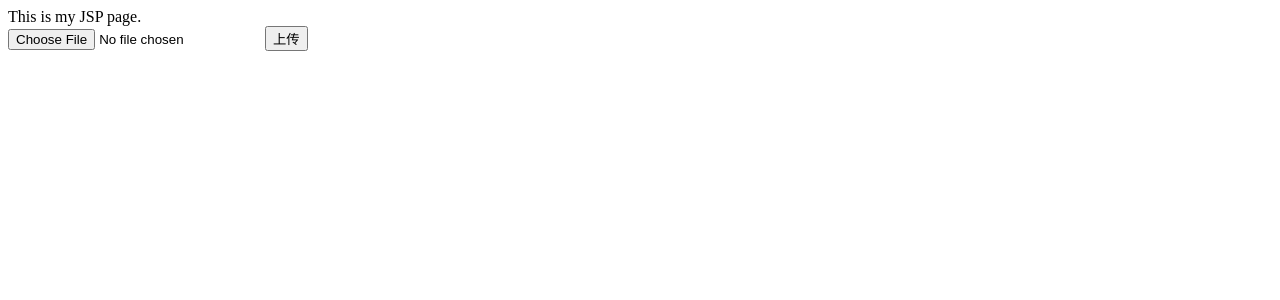
Repository: ruanhuabin/IntelliEyeShade
Page: http://localhost/IntelliEyeShade/detects/upload.jsp
These files come from the project's save history. The page is drawn as it stood at one moment and after the next save; the edit follows.
The browser window is 1280 px wide. The pictures show the whole page.
The page is served by Tomcat 9. Nobody is signed in. The application's start-up code is not run.

Above is the page before, as saved 2016-12-16 04:25:33.

After the next save:
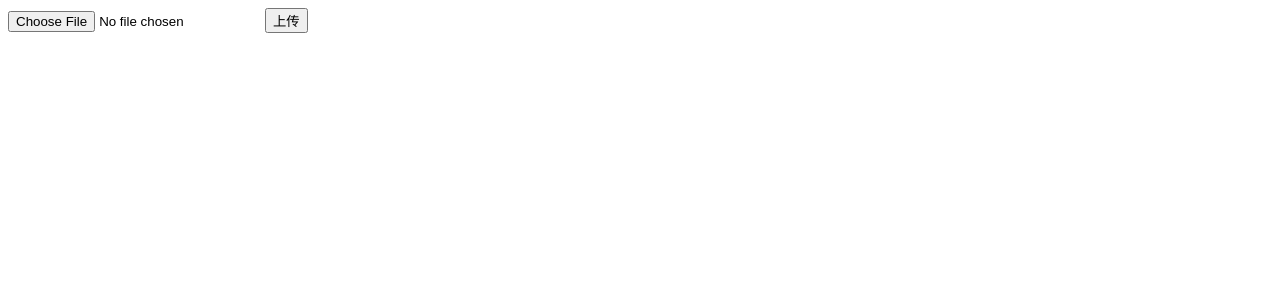
Saved 49 min 12 s later.
--- a/IntelliEyeShade/WebRoot/detects/upload.jsp
+++ b/IntelliEyeShade/WebRoot/detects/upload.jsp
@@ -6,24 +6,8 @@ String basePath = request.getScheme()+"://"+request.getServerName()+":"+request.
 
 <!DOCTYPE HTML PUBLIC "-//W3C//DTD HTML 4.01 Transitional//EN">
 <html>
-  <head>
-    <base href="<%=basePath%>">
 
-    <title>My JSP 'upload.jsp' starting page</title>
 
-	<meta http-equiv="pragma" content="no-cache">
-	<meta http-equiv="cache-control" content="no-cache">
-	<meta http-equiv="expires" content="0">
-	<meta http-equiv="keywords" content="keyword1,keyword2,keyword3">
-	<meta http-equiv="description" content="This is my page">
-	<!--
-	<link rel="stylesheet" type="text/css" href="styles.css">
-	-->
-
-  </head>
-
-  <body>
-    This is my JSP page. <br>
   <form action="users/Users_upload.action" enctype="multipart/form-data" method="post">
   <input type="file" name="yourFile"/>
   <input type="submit" value="上传"/>
